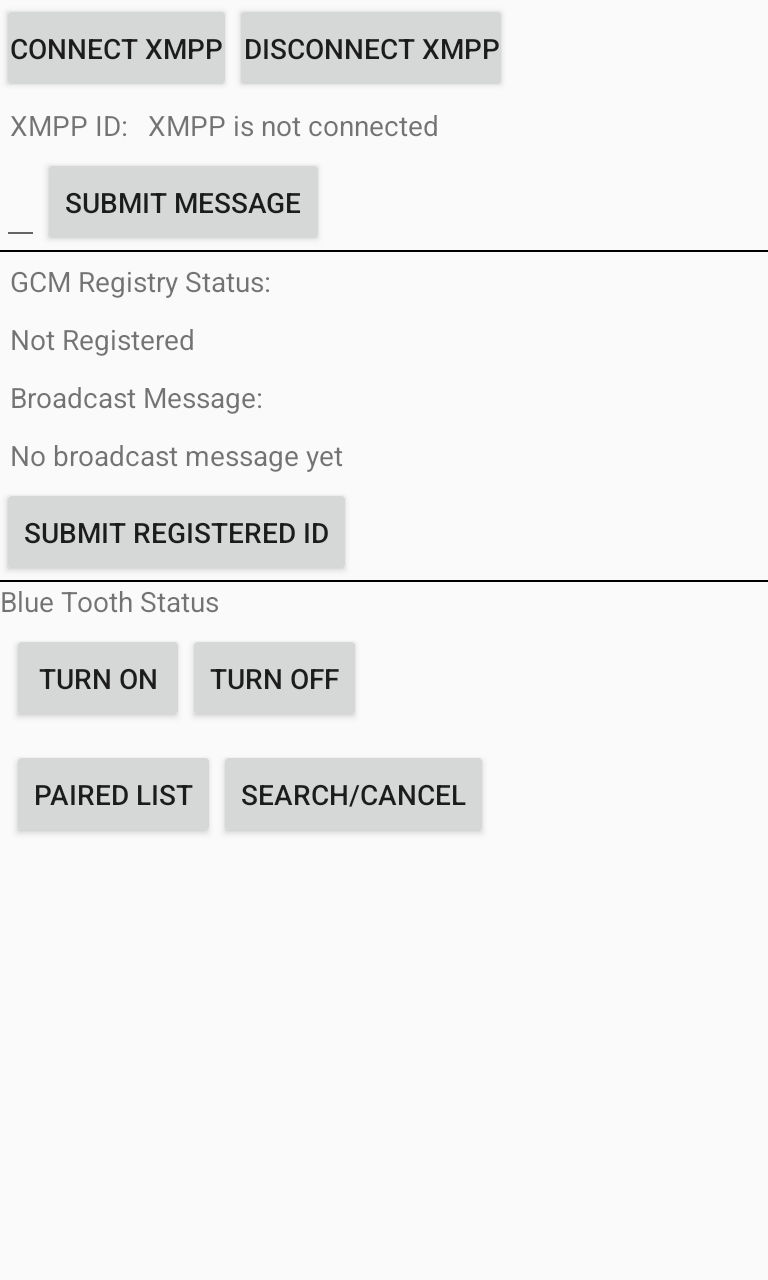
Repository: AlanTai/prjAppIntegration
Layout: prjCandyHouse/res/layout/activity_main.xml
An editor plug-in stored every save of this project. The layout is shown before and after the next save, followed by the edit.
It is drawn on a 768 x 1280 px phone screen (xhdpi) without system bars, with theme AppTheme; the app's code is not run. Lists and similar views that code fills are empty.

Above is the layout before, as saved 2014-11-12 05:33:58.

After the next save:
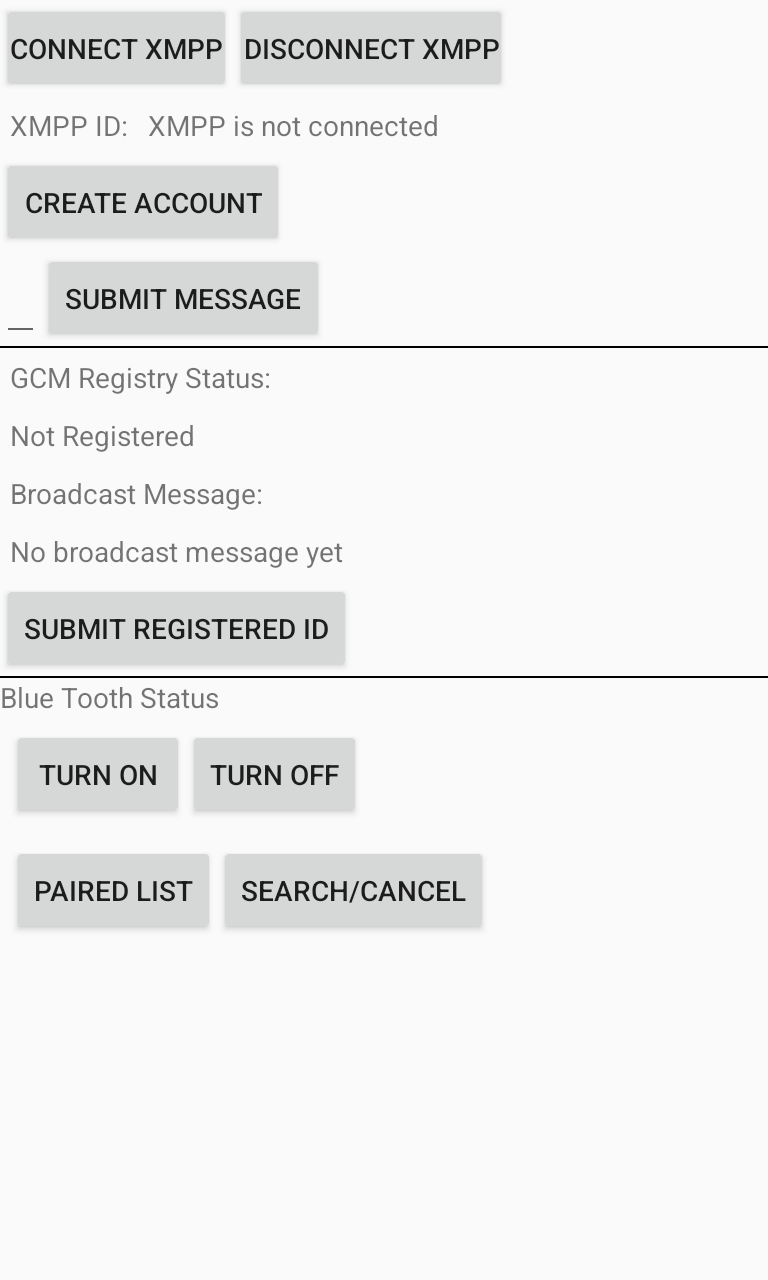
Saved 18 s later.
--- a/prjCandyHouse/res/layout/activity_main.xml
+++ b/prjCandyHouse/res/layout/activity_main.xml
@@ -42,6 +42,12 @@
             android:padding="5dp"
             android:text="@string/txtXMPPID" />
     </LinearLayout>
+
+    <Button
+        android:id="@+id/btnCreateAccountXMPP"
+        android:layout_width="wrap_content"
+        android:layout_height="wrap_content"
+        android:text="@string/btnCreateAccount"/>
 
     <LinearLayout
         android:layout_width="wrap_content"
